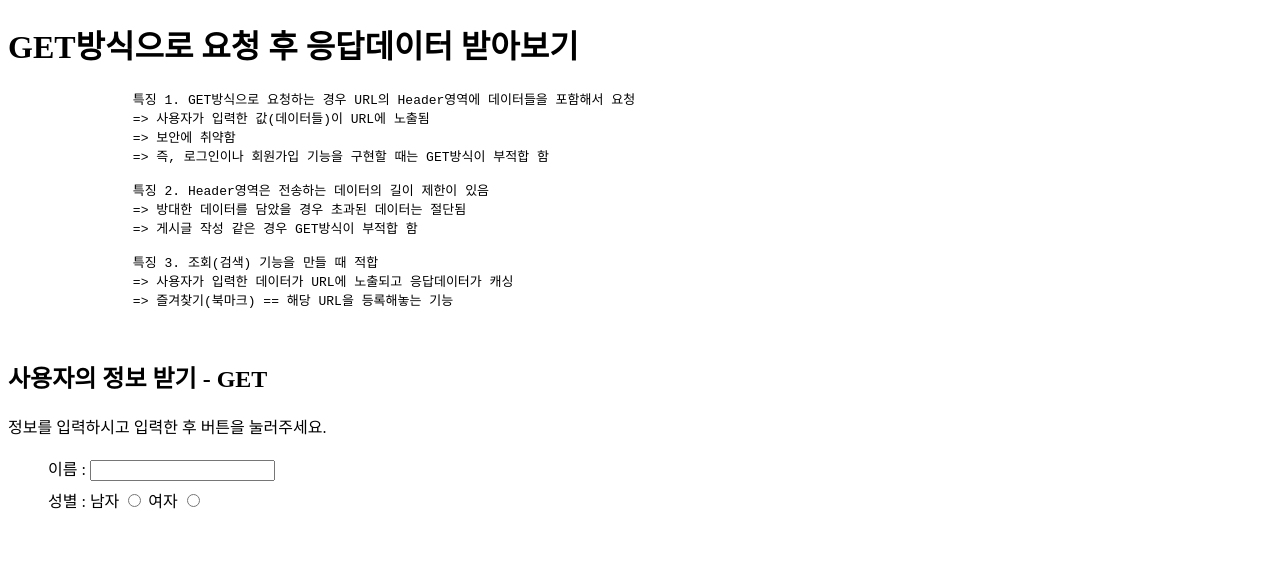
Repository: Rostreaca/0922_Web
Page: MyFirstWebProject/src/main/webapp/views/request_get.html
These files come from the project's save history. The page is drawn as it stood at one moment and after a run of saves; the edit follows.
The browser window is 1280 px wide. The pictures show the whole page.

Above is the page before, as saved 2025-09-22 08:09:13.

### MyFirstWebProject/src/main/webapp/views/request_get.html
<!DOCTYPE html>
<html>
<head>
<meta charset="UTF-8">
<title>Get 방식 요청 테스트</title>
<style>
	ul {
		list-style : none;
		line-height : 200%;
	}
</style>
</head>
<body>
	<h1>GET방식으로 요청 후 응답데이터 받아보기</h1>

	<pre>
		특징 1. GET방식으로 요청하는 경우 URL의 Header영역에 데이터들을 포함해서 요청
		=> 사용자가 입력한 값(데이터들)이 URL에 노출됨
		=> 보안에 취약함
		=> 즉, 로그인이나 회원가입 기능을 구현할 때는 GET방식이 부적합 함

		특징 2. Header영역은 전송하는 데이터의 길이 제한이 있음
		=> 방대한 데이터를 담았을 경우 초과된 데이터는 절단됨
		=> 게시글 작성 같은 경우 GET방식이 부적합 함

		특징 3. 조회(검색) 기능을 만들 때 적합
		=> 사용자가 입력한 데이터가 URL에 노출되고 응답데이터가 캐싱
		=> 즐겨찾기(북마크) == 해당 URL을 등록해놓는 기능

	</pre>

	<h2> 사용자의 정보 받기 - GET </h2>
	<p>정보를 입력하시고 입력한 후 버튼을 눌러주세요.</p>

	<form method="get">
		<ul>
			<li>
				이름 : <input type="text" />
			</li>
			<li>
				성별 :
				남자 <input type="radio"/>
				여자 <input type="radio"/>
			</li>
		</ul>
	</form>



</body>
</html>

After the next 2 saves:
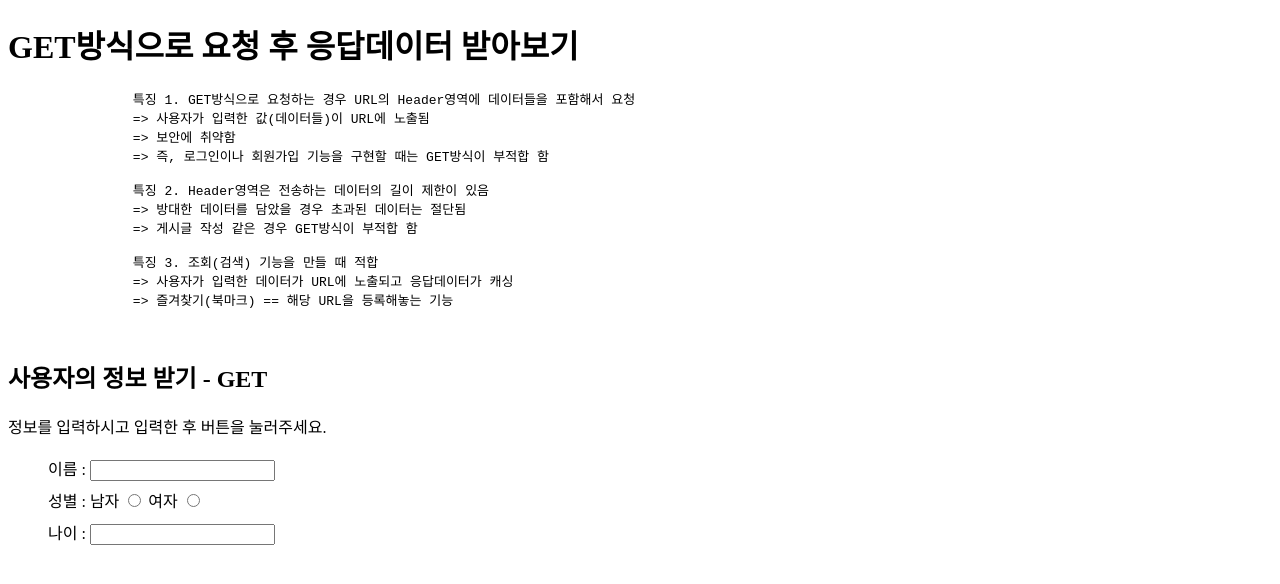
The 2 saves are shown as one change because they came seconds apart.
The last was saved 91 s later.
--- a/MyFirstWebProject/src/main/webapp/views/request_get.html
+++ b/MyFirstWebProject/src/main/webapp/views/request_get.html
@@ -39,8 +39,11 @@
 			</li>
 			<li>
 				성별 :
-				남자 <input type="radio"/>
-				여자 <input type="radio"/>
+				남자 <input type="radio" />
+				여자 <input type="radio" />
+			</li>
+			<li>
+				나이 : <input type="number" />
 			</li>
 		</ul>
 	</form>
